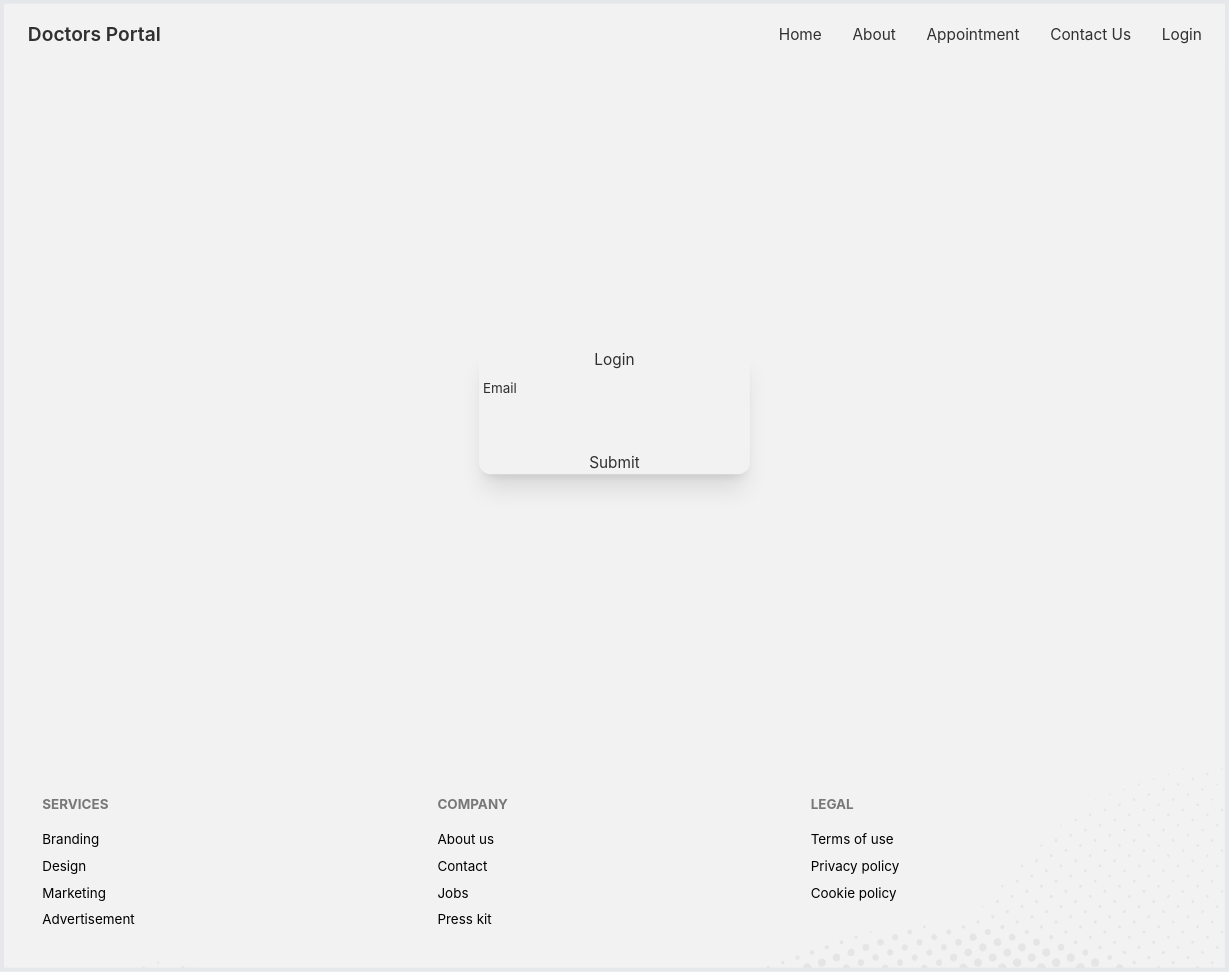
Repository: Samad77/Doctorportal-Client
Page: /login
These files come from the project's save history. The page is drawn as it stood at one moment and after the next save; the edit follows.
The browser window is 1280 px wide. The pictures show the whole page, at 96% of full size.
The project was rebuilt for these pictures with package versions that can differ from the ones it lists, and the page was loaded fresh each time. Also part of the build but not shown: src/Pages/Appointment/BookingModal/BookingModal.js, src/Pages/Appointment/AppoinmentCard/AppoinmentCard.js, src/Pages/Appointment/AppointmentBanner/AppointmentBanner.js, src/Pages/Appointment/AvailavleAppoinment/AvailableAppoinment.js, src/Pages/Appointment/Appoinment/Appoinment.js, src/Components/PrimaryButton/PrimaryButton.js, src/Pages/Home/Banner/Banner.js, src/Pages/Home/Cards/Cards.js and 5 more.

Above is the page before, as saved 2022-11-15 11:08:37.

### src/index.js
import React from 'react';
import ReactDOM from 'react-dom/client';
import './index.css';
import App from './App';
import reportWebVitals from './reportWebVitals';
import 'react-day-picker/dist/style.css';
const root = ReactDOM.createRoot(document.getElementById('root'));
root.render(
  <React.StrictMode>
    <App />
  </React.StrictMode>
);

// If you want to start measuring performance in your app, pass a function
// to log results (for example: reportWebVitals(console.log))
// or send to an analytics endpoint. Learn more: https://bit.ly/CRA-vitals
reportWebVitals();

### src/App.js
import logo from './logo.svg';
import './App.css';
import {RouterProvider} from 'react-router-dom'
import router from './Layout/Routes/Routes';
import Cards from './Pages/Home/Cards/Cards';
function App() {
  return (
    <div className="App max-w-[1440px] mx-auto border-4">
      <RouterProvider router={router}>

      </RouterProvider>
    </div>
  );
}

export default App;

### src/Layout/Routes/Routes.js
import { createBrowserRouter } from "react-router-dom";
import Appoinment from "../../Pages/Appointment/Appoinment/Appoinment";
import Home from "../../Pages/Home/Home";
import Login from "../../Pages/Login/Login";
import Main from "../Main/Main";

const router = createBrowserRouter([
    {path : "/",
    element : <Main></Main>,
    children : [
        {path : '/', element : <Home></Home>,},
        {path: '/home', element : <Home></Home>},
        {path: '/login', element : <Login></Login>},
        {path : '/appointment', element: <Appoinment></Appoinment>}
    ]
    }
])

export default router;

### src/Pages/Login/Login.js
import React, { useState } from 'react';
import { useForm } from 'react-hook-form';

const Login = () => {
    const { register, handleSubmit } = useForm();
    const [data, setData] = useState("");

    return (
        <section className='h-screen flex justify-center items-center  '>

            <form onSubmit={handleSubmit((data) => setData(JSON.stringify(data)))} className=" rounded-xl shadow-xl">
                <h1 className=''>Login</h1>
                <div className="form-control  max-w-xs">
                    <label className="label">
                        <span className="label-text">Email</span>
                    </label>
                    <input type="text" {...register("Email")} className="input input-bordered- w-full max-w-xs"/>
                </div>
                {/* <select {...register("category", { required: true })}>
                    <option value="">Select...</option>
                    <option value="A">Option A</option>
                    <option value="B">Option B</option>
                </select> */}
                {/* <textarea {...register("aboutYou")} placeholder="About you" /> */}
                <p>{data}</p>
                <input type="submit" />
            </form>
        </section>
    );
};

export default Login;

### src/Layout/Main/Main.js
import React from 'react';
import Footer from '../../Pages/Shared/Footer/Footer';
import Navbar from '../../Pages/Shared/Navbar/Navbar';
import {Outlet} from 'react-router-dom'
const Main = () => {
    return (
        <div>
            <Navbar></Navbar>
                <Outlet></Outlet>
            <Footer></Footer>
        </div>
    );
};

export default Main;

### src/Pages/Shared/Footer/Footer.js
import React from 'react';
import footerImg from '../../../assets/images/footer.png'
const Footer = () => {
    return (
        <footer className="footer p-10 text-black" style={{background : `url(${footerImg})`, backgroundSize: "cover"}}>
  <div>
    <span className="footer-title">Services</span>
    <a className="link link-hover">Branding</a>
    <a className="link link-hover">Design</a>
    <a className="link link-hover">Marketing</a>
    <a className="link link-hover">Advertisement</a>
  </div>
  <div>
    <span className="footer-title">Company</span>
    <a className="link link-hover">About us</a>
    <a className="link link-hover">Contact</a>
    <a className="link link-hover">Jobs</a>
    <a className="link link-hover">Press kit</a>
  </div>
  <div>
    <span className="footer-title">Legal</span>
    <a className="link link-hover">Terms of use</a>
    <a className="link link-hover">Privacy policy</a>
    <a className="link link-hover">Cookie policy</a>
  </div>
</footer>
    );
};

export default Footer;

### src/Pages/Shared/Navbar/Navbar.js
import React from 'react';
import {Link} from 'react-router-dom'
const Navbar = () => {

    const menuItems =

    <React.Fragment>
        <li><Link to="/home">Home</Link></li>
        <li><Link to="/about">About</Link></li>
        <li><Link to="/appointment">Appointment</Link></li>
        <li><Link to="/contact">Contact Us</Link></li>
        <li><Link to="/login">Login</Link></li>
    </React.Fragment>

    return (
        <div className="navbar bg-base-100 flex justify-between">
  <div className="navbar-start">
    <div className="dropdown">
      <label tabIndex={0} className="btn btn-ghost lg:hidden">
        <svg xmlns="http://www.w3.org/2000/svg" className="h-5 w-5" fill="none" viewBox="0 0 24 24" stroke="currentColor"><path strokeLinecap="round" strokeLinejoin="round" strokeWidth="2" d="M4 6h16M4 12h8m-8 6h16" /></svg>
      </label>
      <ul tabIndex={0} className="menu menu-compact dropdown-content mt-3 p-2 shadow rounded-box w-52">
            {menuItems}
      </ul>
    </div>
    <Link to='/' className="btn btn-ghost normal-case text-xl">Doctors Portal</Link>
  </div>
  <div className="navbar-center hidden lg:flex">
    <ul className="menu menu-horizontal p-0">
        {menuItems}
    </ul>
  </div>

</div>
    );
};

export default Navbar;

### tailwind.config.js
/** @type {import('tailwindcss').Config} */
module.exports = {
  content: ["./src/**/*.{js,jsx,ts,tsx}"],
  theme: {
    extend: {},
  },
  daisyui : {
    themes : [

    {
      doctorThemes: {

primary: "#0FCFEC",

secondary: "#19D3AE",

neutral: "#3A4256",

"base-100": "#F2F2F2",

      },
    },
  ]
  },
  plugins: [require("daisyui")],
}

Loaded but not shown: public/index.html (common file); src/index.css (common file); src/reportWebVitals.js (common file); src/App.css (common file)

After the next save:
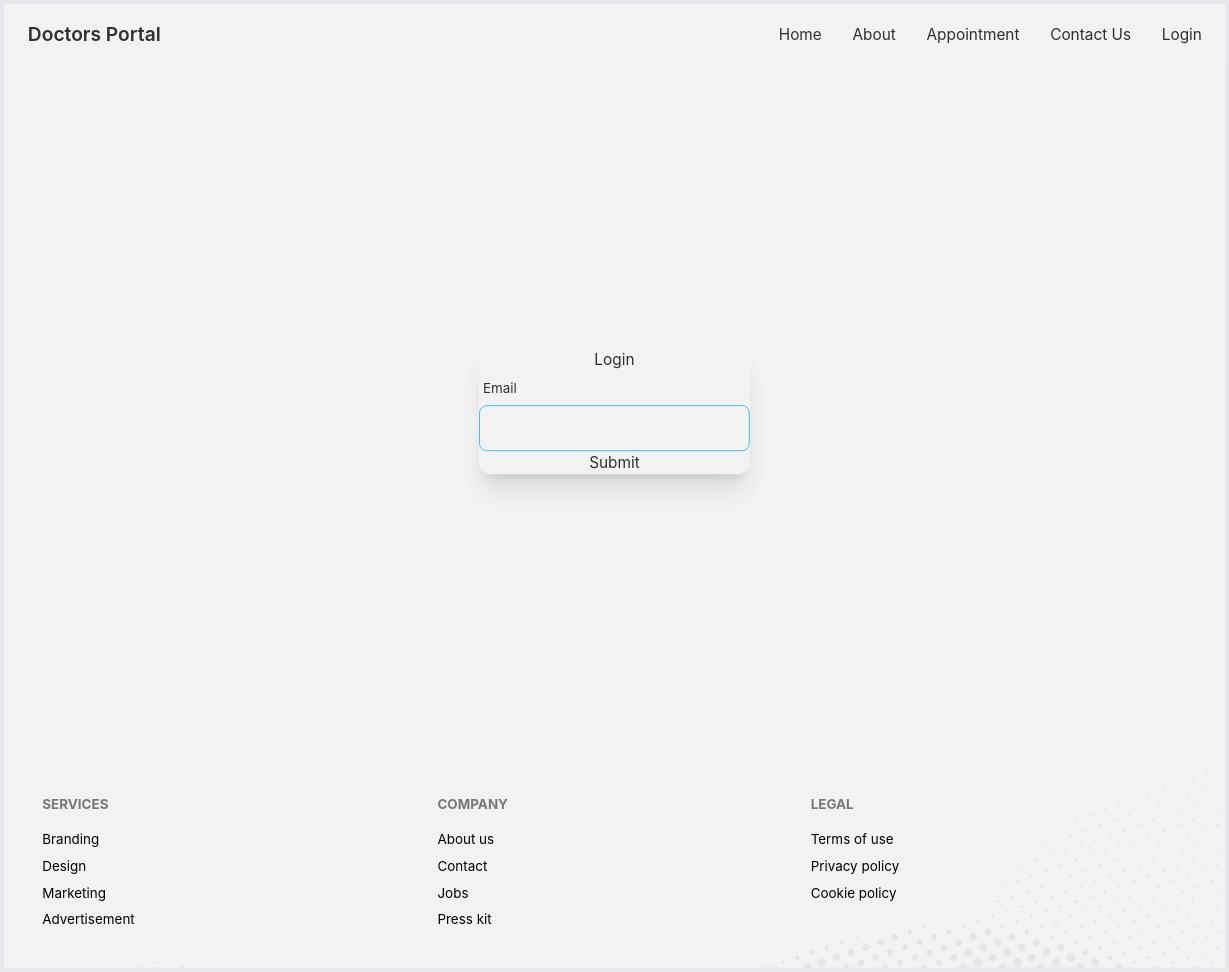
Saved 11 min 22 s later.
--- a/src/Pages/Login/Login.js
+++ b/src/Pages/Login/Login.js
@@ -14,7 +14,7 @@ const Login = () => {
                     <label className="label">
                         <span className="label-text">Email</span>
                     </label>
-                    <input type="text" {...register("Email")} className="input input-bordered- w-full max-w-xs"/>
+                    <input type="text" {...register("Email")} className="input input-bordered- w-full max-w-xs input-info"/>
                 </div>
                 {/* <select {...register("category", { required: true })}>
                     <option value="">Select...</option>
